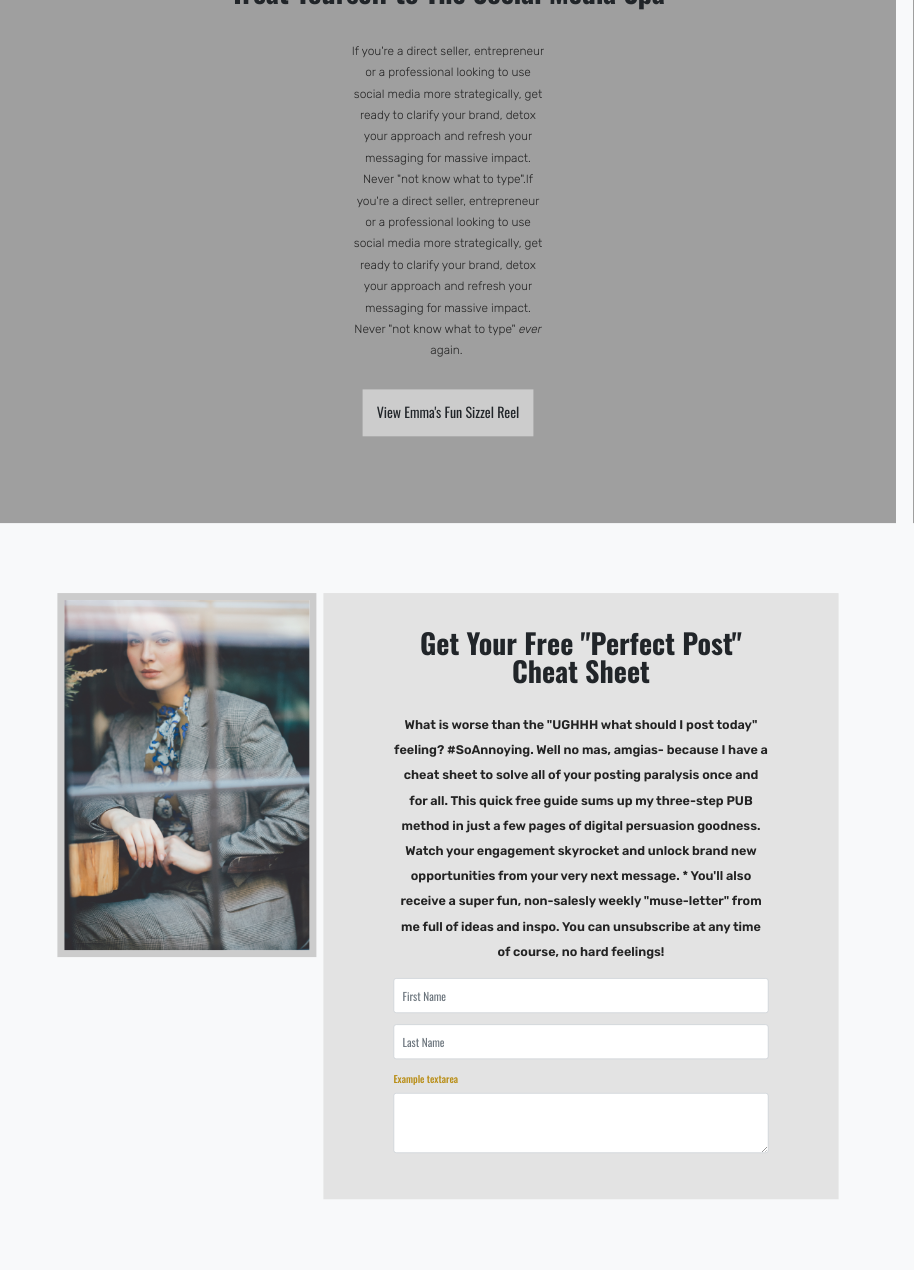
Repository: poroshrahman40/emma-watson-portfolio
Page: index.html
These files come from the project's save history. The page is drawn as it stood at one moment and after a run of saves; the edit follows.
The browser window is 1280 px wide. The page is 1305 px wide, so the pictures cover 1305 px, including what lies to the right of the window. The pictures show the part of the page from y = 3645 to 5525 px (the page is 5459 px tall before and 5525 px after), at 70% of full size.
Some web fonts or font styles are not loaded; a fallback is used.

Above is the page before, as saved 2021-12-06 17:56:11.

### index.html

<!DOCTYPE html>
<html lang="en">
    <head>

        <meta charset="UTF-8">
        <meta name="viewport" content="width=device-width, initial-scale=1, shrink-to-fit=no">
        <title>Document</title>

        <!-- favicon -->
        <link rel="shortcut icon" type="image/hair-specialist-fav-icon" href="#">
        <!-- animate.min - css -->
        <link rel="stylesheet" href="assets/css/animate.css">
        <!-- animate - css -->
        <link rel="stylesheet" href="assets/css/animate.min.css">
        <!-- owl.carousel.min - css -->
        <link rel="stylesheet" href="assets/css/owl.carousel.min.css">
        <!-- owl.theme.default.min - css -->
        <link rel="stylesheet" href="assets/css/owl.theme.default.min.css">
        <!-- font-awesome all.css -->
        <link rel="stylesheet" href="assets/css/fontawesome-all.css">
        <!-- boxicons.css -->
        <link rel='stylesheet' href="assets/css/boxicons.min.css">
        <link href='https://unpkg.com/boxicons@2.1.1/css/boxicons.min.css' rel='stylesheet'>
        <!-- bootstrap.min - css -->
        <link rel="stylesheet" href="assets/css/bootstrap.min.css">
        <!-- silk-css -->
        <link rel="stylesheet" href="assets/css/slick.css">
        <!-- slick-theme.css -->
        <link rel="stylesheet" href="assets/css/slick-theme.css">
        <!-- main - css -->
        <link rel="stylesheet" href="assets/css/style.css">
        <!-- responsive - css -->
        <link rel="stylesheet" href="assets/css/responsive.css">

    </head>

    <body>
    <!-- preloader start -->
    <!-- <div id="preloader"></div> -->
    <!-- preloader end -->

    <!-- header -start
    ================================== -->
    <header class="ew-main">
        <div class="ew__main__content">
            <div class="ew__nav">
                <div class="ew__logo__div">
                    <a href="https://ow-en.com" title="" class="nav__link ew__snlogo">
                    <img class="logo w-100" src="assets/image/logo-gif.gif" alt="logo-not-found"></a>
                </div>
                <div class="container">
                    <div class="mobile__toggle" ontouchstart="">
                        <div class="mobile__toggle__container">
                            <div class="mobile__open">
                            </div>
                            <div class="mobile__close"></div>
                        </div>
                    </div>
                    <div id="mob__menu" class="nav__mobile__container nav__mobile__container__default">
                        <div class="container-fluid">
                            <div class="row center">
                                <div class="col col__sm">
                                    <ul class="nav__list">
                                        <li class="nav__list-1">
                                            <a class="nav__link nav__link__selected nav__list__link" href="#">Home</a>
                                        </li>
                                        <li class="nav__list-2">
                                            <a class="nav__link nav__list__link" href="#">Books</a>
                                        </li>
                                        <li class="nav__list-3">
                                            <a class="nav__link nav__list__link" href="#">Info.</a>
                                        </li>
                                        <li class="nav__list-4">
                                            <a class="nav__link nav__list__link" href="#">Course</a>
                                            <!-- nav__link__selected -->
                                        </li>
                                    </ul>
                                </div>
                                <div class="col col__sm">
                                    <ul class="nav__list nav__list__rightaligned">
                                        <li class="nav__list-5">
                                            <a class="nav__link nav__list__link" href="#">Keyword</a>
                                        </li>
                                        <li class="nav__list-6">
                                            <a class="nav__link nav__list__link" href="#">Brodcast</a>
                                        </li>
                                        <li class="nav__list-7">
                                            <a class="nav__link nav__list__link" href="#">Contact</a>
                                        </li>
                                        <li class="nav__list-8">
                                            <a class="nav__link nav__list__link" href="#">Blog</a>
                                        </li>
                                    </ul>
                                </div>
                            </div>
                        </div>
                    </div>
                </div>
            </div>
            <!-- <div class="content">
                <h1>A very simple responsive menu with the logo in the middle</h1>
              <h2>Feel free to use this menu however you'd like. No need to give credit. However, please <strong><a href="https://ow-en.com">consider hiring me :)</strong></h2>
            </div> -->
        </div>
    </header>
    <!-- Banner section - start
    ================================ -->


        <div id="ew-banner" class="ew-banner">
            <div class="container">
                <div class="row">
                    <div class="col-lg-12 offset-1">
                        <div class="ew-hero-image">
                            <img src="assets/image/hero-image.png" alt="hero-image">
                        </div>
                        <div class="ew-hero-right-content">
                            <span> Hey,There</span>
                            <h4>Lorem ipsum, dolor sit amet consectetur adipisicing elit. Similique, aut.</h4>
                            <div class="ew-link d-flex mt-4">
                                <i class='bx bx-link fa-2x me-2'></i><a href="#"><p>See my motivational speach.You're Kind of a Big Deal: Level Up by Unlocking Your Audacity.</p></a>
                            </div>
                            <div class="ew-link d-flex">
                                <i class='bx bx-link fa-2x me-2'></i><a href="#"><p>See my motivational speach.You're Kind of a Big Deal: Level Up by Unlocking Your Audacity.</p></a>
                            </div>
                            <div class="ew-link d-flex mb-4">
                                <i class='bx bx-link fa-2x me-2'></i><a href="#"><p>See my motivational speach.You're Kind of a Big Deal: Level Up by Unlocking Your Audacity.</p></a>
                            </div>
                            <div class="ew-hero-right-btn">
                                <a href="#">See More About Me</a>
                            </div>
                        </div>
                    </div>
                </div>
            </div>
        </div>


<!-- Banner section - End
================================ -->

<!-- virtual-presentations - start
======================================== -->
    <section id="ew-virtual-presentation">
        <div class="container-fuild">
            <div class="row">
                <div class="col-lg-12 text-center">
                    <div class="ew-vairtul-content">
                        <h2 class="mb-40">Live and Virtual Presentations <br> That Rock </h2>
                        <p class="">Whether we're talking about the pulsing energy of a packed convention center or a virtual gathering, Erin will delight and wow your attendees with one of her two signature keynotes:&nbsp;<br><br>SALES/LEADERSHIP: Digital Persuasion- Ignite Your Influence&nbsp;<br>SUCCESS MINDSET: Big Deal Energy- Unlock Your Audacity&nbsp;<br><br>Both high-energy, motivational and story-packed with a clear takeaway method to be applied for immediate impact and tangible results.&nbsp;<br></p>
                        <div class="ew-virtual-btn mb-4">
                            <button><a href="#">View Emma's Fun Sizzel Reel</a></button>
                        </div>
                        <div class="ew-virtual-btn">
                            <button><a href="#">View Emma watson's RAW just The steak Speaking Reel</a></button>
                        </div>

                    </div>
                </div>
            </div>
        </div>
    </section>

<!-- virtual-presentations - End
========================================== -->

<!-- virtual keynotes - start
======================================== -->

<section id="ew-virtual-keynotes">
    <div class="container">
        <div class="row">
            <div class="col-lg-6">
                <div class="ew-virtual-vedio">
                    <img src="assets/image/keynotes-image.png" alt="keynotes-image">
                    <div class="keynotes-overlay ew-icon-position">
                        <a href="#"><i class='bx bx-play fa-2x' style='color:#e0e0e0'></i></a>
                    </div>
                </div>
            </div>
            <div class="col-lg-6 d-flex align-items-center">
                <div class="ew-keynotes-content">
                    <span>Lorem ipsum dolor sit amet</span>
                    <h1>Lorem ipsum dolor sit amet consectetur Lorem ipsum dolor sit amet consectetur.</h1>
                    <p>Whether we're talking about your executive leadership team, your sales force, your internal marketing mavens or your entire organization- let's energize and inspire them to show up big. Because, let's be real, we all need to up our game these days to not just survive, but THRIVE.</p>
                    <button class="ew-keynotes-btn">
                        <a href="#">Describe More Now</a>
                    </button>
                </div>
            </div>
        </div>
    </div>
</section>

<!-- virtual keynotes - End
======================================== -->

<!-- Treat yourself - Start
======================================= -->
<section id="ew-treat-yourself">
    <div class="container">
        <div class="ew-img-row">
            <div class="row">
                <div class="col-lg-4 col-md-4 col-sm-12">
                    <img src="assets/image/treat-yourself.png" alt="treat-image">
                </div>
                <div class="col-lg-4 col-md-4 col-sm-12">
                    <img src="assets/image/treat-yourself-2.png" alt="treat-image">
                </div>
                <div class="col-lg-4 col-md-4 col-sm-12">
                    <img src="assets/image/treat-yourself-3.png" alt="treat-image">
                </div>
            </div>
        </div>
    </div>
    <div class="container-fuild">
        <div class="ew-treat-content">
            <div class="row">
                <div class="col-lg-12 text-center">
                    <div class="ew-treat-details">
                        <span>Lorem ipsum dolor sit amet consectetur <br> adipisicing elit. Nulla.</span>
                        <h1 class="mb-40">YES, TAKE ME FOR A SPA DAY <br> Treat Yourself to The Social Media Spa</h1>
                        <p class="se-t sie-spa_4-text st-m-paragraph st-d-paragraph se-rc">If you're a direct seller, entrepreneur or a professional looking to use social media more strategically, get ready to clarify your brand, detox your approach and refresh your messaging for massive impact. Never "not know what to type".If you're a direct seller, entrepreneur or a professional looking to use social media more strategically, get ready to clarify your brand, detox your approach and refresh your messaging for massive impact. Never "not know what to type" <i>ever</i> again.&nbsp;</p>
                        <div class="ew-treat-btn mb-4">
                            <button><a href="#">View Emma's Fun Sizzel Reel</a></button>
                        </div>
                    </div>
                </div>
            </div>
        </div>
    </div>
</section>


<!-- Treat yourself - End
========================================= -->
<!-- Get offer - start
======================================== -->

<section id="ew-get-free-offer">
    <div class="container">
        <div class="row">
            <div class="col-lg-4">
                <div class="ew-cheet-seet">
                    <img src="assets/image/cheet-seet-side-image.png" alt="image-not-found">
                </div>
            </div>
            <div class="col-lg-8 text-center">
                <div class="ew-get-offer-card">
                    <div class="ew-offer-title mb-40">
                        <h1>Get Your Free "Perfect Post" <br> Cheat Sheet</h1>
                    </div>
                    <p>What is worse than the "UGHHH what should I post today" feeling? #SoAnnoying. Well no mas, amgias- because I have a cheat sheet to solve all of your posting paralysis once and for all. This quick free guide sums up my three-step PUB method in just a few pages of digital persuasion goodness.
Watch your engagement skyrocket and unlock brand new opportunities from your very next message.
* You'll also receive a super fun, non-salesly weekly "muse-letter" from me full of ideas and inspo. You can unsubscribe at any time of course, no hard feelings! </p>

                    <div class="ew-cheet-seet-form text-start">
                        <div class="mb-3">
                            <!-- <label for="exampleFormControlInput1" class="form-label">First Name</label> -->
                            <input type="name" class="form-control" id="exampleFormControlInput1" placeholder="First Name">
                        </div>
                        <div class="mb-3">
                            <!-- <label for="exampleFormControlInput1" class="form-label">Last Name</label> -->
                            <input type="name" class="form-control" id="exampleFormControlInput1" placeholder="Last Name">
                        </div>
                        <div class="mb-3">
                            <label for="exampleFormControlTextarea1" class="form-label">Example textarea</label>
                            <textarea class="form-control" id="exampleFormControlTextarea1" rows="3"></textarea>
                        </div>
                    </div>
                </div>
            </div>
        </div>
    </div>

</section>

<!-- Get offer - end
======================================== -->



    <!-- footer section - Start
    ============================== -->




    <!-- Footer section - End
    ============================= -->



    <!-- jquery-3.5.0.min - js -->
    <script src="assets/js/jquery-3.5.0.min.js"></script>
    <!-- .magnific-popup -->
    <script src="assets/js/jquery.magnific-popup.min.js"></script>
    <!-- bootstrap.min - js -->
    <script src="assets/js/bootstrap.min.js"></script>
    <!-- bootstrap - bundle min.js -->
    <script src="assets/js/bootstrap.bundle.min.js"></script>
    <!-- bootstrap - bundl.js -->
    <script src="assets/js/bootstrap.bundle.js"></script>
    <!-- boxicons - js -->
    <script src="assets/js/boxicons.js"></script>
    <!-- popper.min - js -->
    <script src="assets/js/popper.min.js"></script>
    <!-- owl.carousel.min - js -->
    <script src="assets/js/owl.carousel.min.js"></script>
    <!-- wow.min - js -->
    <script src="assets/js/wow.min.js"></script>
    <!-- silk - js -->
    <script src="assets/js/slick.min.js"></script>
    <!-- main - js -->
    <script src="assets/js/main.js"></script>

</body>
</html>

Loaded but not shown: assets/css/animate.css (library); assets/css/animate.min.css (library); assets/css/owl.carousel.min.css (library); assets/css/owl.theme.default.min.css (common file); assets/css/fontawesome-all.css (library); assets/css/bootstrap.min.css (library); assets/css/slick.css (common file); assets/css/slick-theme.css (library); assets/js/jquery-3.5.0.min.js (library); assets/js/jquery.magnific-popup.min.js (library); assets/js/bootstrap.min.js (library); assets/js/bootstrap.bundle.min.js (library); assets/js/bootstrap.bundle.js (library); assets/js/popper.min.js (library); assets/js/owl.carousel.min.js (library); assets/js/wow.min.js (library); assets/js/slick.min.js (library); assets/js/main.js (14 lines, source omitted); assets/css/responsive.css (904 lines, source omitted); assets/css/style.css (619 lines, source omitted)

After the next 4 saves:
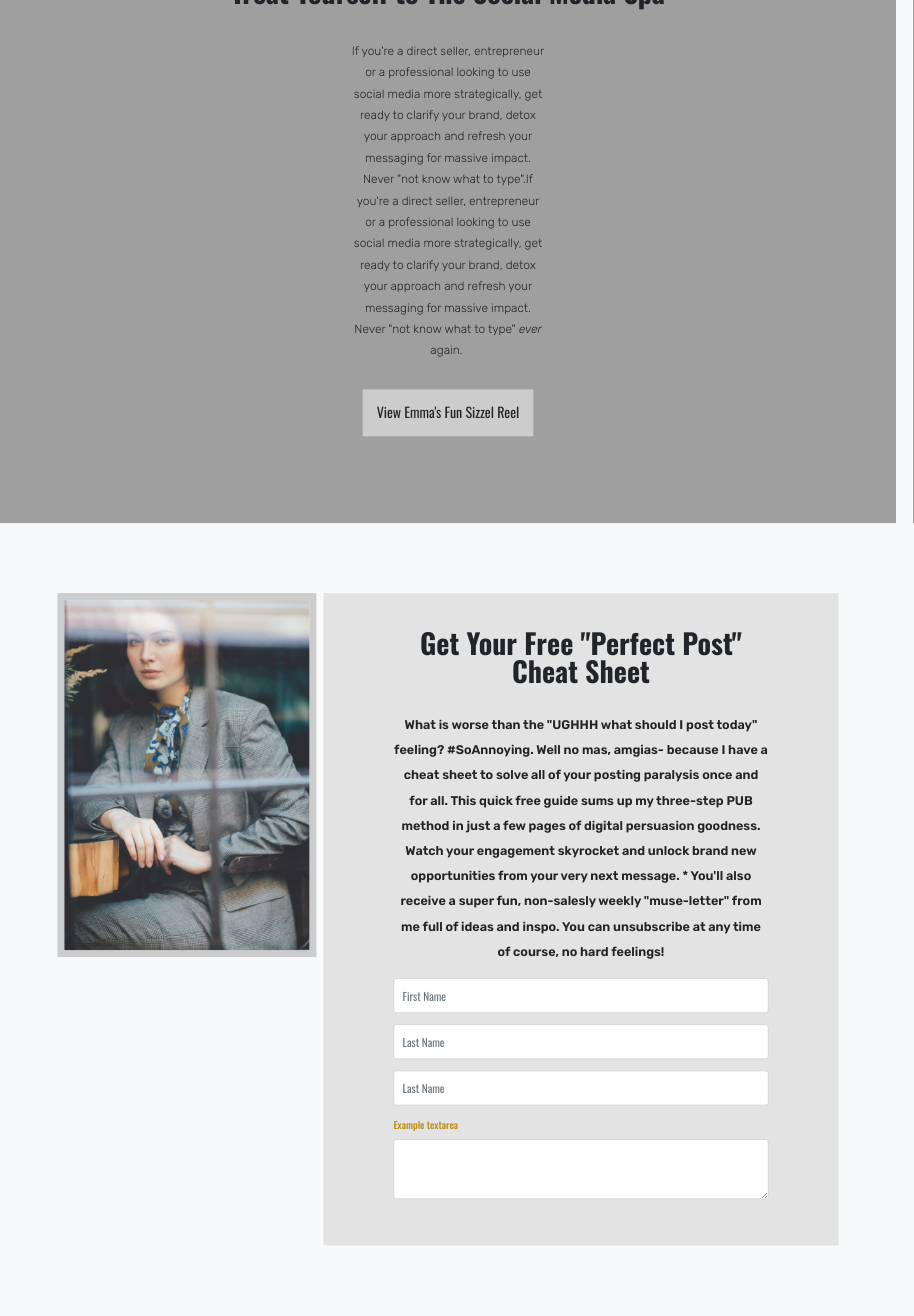
The 4 saves are shown as one change because they came seconds apart.
The last was saved 36 s later.
--- a/index.html
+++ b/index.html
@@ -265,6 +265,10 @@ Watch your engagement skyrocket and unlock brand new opportunities from your ver
                             <input type="name" class="form-control" id="exampleFormControlInput1" placeholder="Last Name">
                         </div>
                         <div class="mb-3">
+                            <!-- <label for="exampleFormControlInput1" class="form-label">Last Name</label> -->
+                            <input type="mail" class="form-control" id="exampleFormControlInput1" placeholder="Last Name">
+                        </div>
+                        <div class="mb-3">
                             <label for="exampleFormControlTextarea1" class="form-label">Example textarea</label>
                             <textarea class="form-control" id="exampleFormControlTextarea1" rows="3"></textarea>
                         </div>
